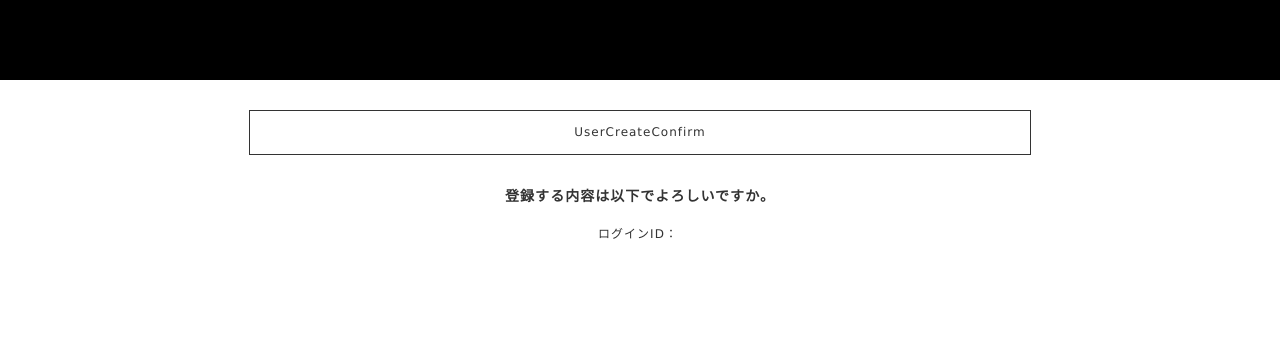
Repository: MurayamaMura/ecsite
Page: http://localhost/ecsite/userCreateConfirm.jsp
These files come from the project's save history. The page is drawn as it stood at one moment and after the next save; the edit follows.
The browser window is 1280 px wide. The pictures show the whole page.
The page is served by Tomcat 9. Other server files are loaded and not shown.

Above is the page before, as saved 2018-07-18 06:47:02.

### ecsite/WebContent/userCreateConfirm.jsp
<%@ page language="java" contentType="text/html; charset=UTF-8"
pageEncoding="UTF-8"%>
<%@ taglib prefix="s" uri="/struts-tags"%>
<!DOCTYPE html>
<html>
<head>
<meta http-equiv="Content-Type" content="text/html; charset=utf-8" />
<meta http-equiv="Content-Style-Type" content="text/css" />
<meta http-equiv="Content-Script-Type" content="text/javascript" />
<meta http-equiv="imagetoolbar" content="no" />
<meta name="description" content="" />
<meta name="keywords" content="" />
<title>UserCreateConfirm画面</title>
<style type="text/css">
/* ========TAG LAYOUT======== */
body {
margin:0;
padding:0;
line-height:1.6;
letter-spacing:1px;
font-family:Verdana, Helvetica, sans-serif;
font-size:12px;
color:#333;
background:#fff;
}
table {
text-align:center;
margin:0 auto;
}
/* ========ID LAYOUT======== */
#top {
width:780px;
margin:30px auto;
border:1px solid #333;
}
#header {
width: 100%;
height: 80px;
background-color: black;
}
#main {
width: 100%;
height: 500px;
text-align: center;
}
#footer {
width: 100%;
height: 80px;
background-color: black;
clear:both;
}
</style>

</head>
<body>
	<div id="header">
		<div id="pr"></div>
	</div>
	<div id="main">
		<div id="top">
			<p>UserCreateConfirm</p>
		</div>
		<div>
			<h3>登録する内容は以下でよろしいですか。</h3>
			<table>
				<s:form action="UserCreateCompleteAction">
					<tr id="box">
						<td>
							<label>ログインID：</label>
						</td>
						<td>
							<s:property value="loginUserId" escape="false"/>
						</td>
					</tr>
				</s:form>
			</table>
		</div>
	</div>
</body>
</html>

After the next save:
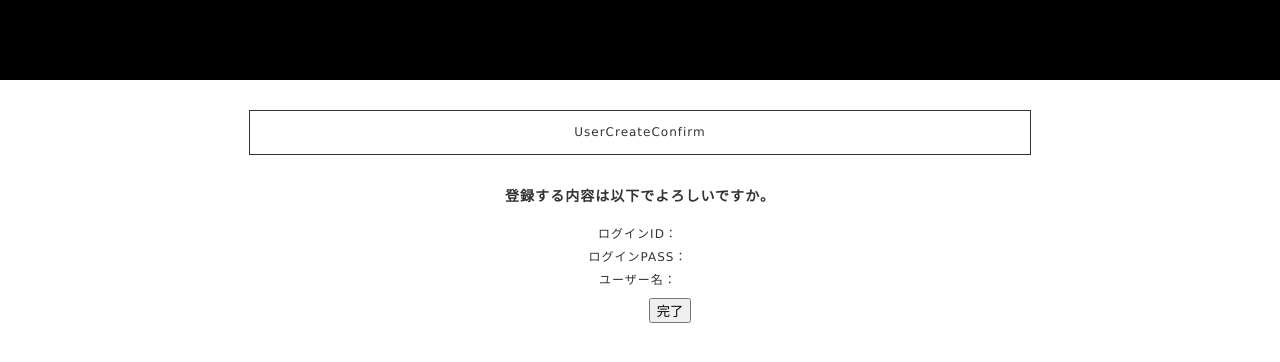
Saved 9 min 59 s later.
--- a/ecsite/WebContent/userCreateConfirm.jsp
+++ b/ecsite/WebContent/userCreateConfirm.jsp
@@ -72,6 +72,27 @@
 							<s:property value="loginUserId" escape="false"/>
 						</td>
 					</tr>
+					<tr id="box">
+						<td>
+							<label>ログインPASS：</label>
+						</td>
+						<td>
+							<s:property value="loginPassword" escape="false"/>
+						</td>
+					</tr>
+					<tr id="box">
+						<td>
+							<label>ユーザー名：</label>
+						</td>
+						<td>
+							<s:property value="userName" escape="false"/>
+						</td>
+					</tr>
+					<tr>
+						<td>
+							<s:submit value="完了"/>
+						</td>
+					</tr>
 				</s:form>
 			</table>
 		</div>
